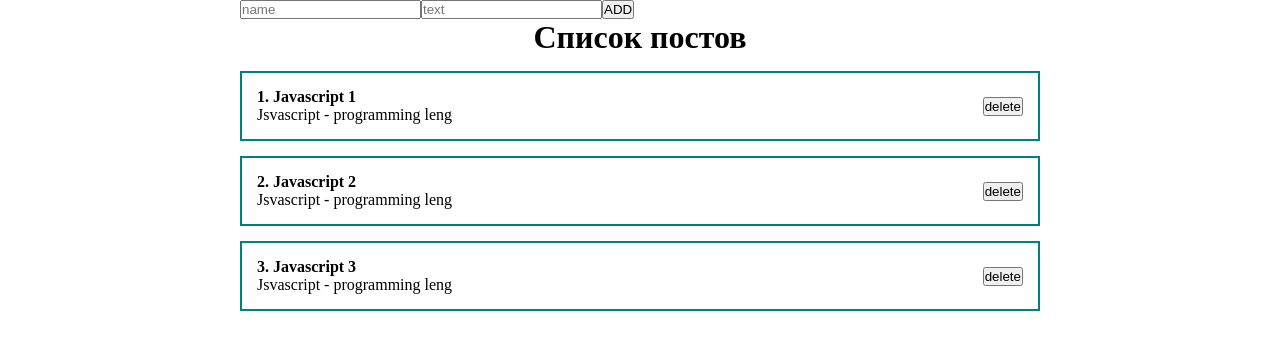
Repository: tsydikov/reactTodo
Page: /
The author's editor kept a copy of each file at every save. The page is drawn from the files as they stood at one save, then again after the next save.
The browser window is 1280 px wide. The pictures show the whole page.
The project was rebuilt for these pictures with package versions that can differ from the ones it lists, and the page was loaded fresh each time.

Above is the page before, as saved 2021-08-29 12:39:04.

### public/index.html
<!DOCTYPE html>
<html lang="en">
  <head>
    <meta name="viewport" content="width=device-width, initial-scale=1" />
    <title>React App</title>
  </head>
  <body>
    <noscript>You need to enable JavaScript to run this app.</noscript>
    <div id="root"></div>
  </body>
</html>

### src/App.js
import React, { useState } from 'react'

import PostList from './components/PostList'
import './styles/App.css'

function App() {
  const [posts, setPosts] = useState([
    { id: 1, title: 'Javascript 1', body: 'Jsvascript - programming leng' },
    { id: 2, title: 'Javascript 2', body: 'Jsvascript - programming leng' },
    { id: 3, title: 'Javascript 3', body: 'Jsvascript - programming leng' }
  ])
  return (
    <div className="App">
      <form>
        <input type="text" placeholder="name" />
        <input type="text" placeholder="text" />
        <button>ADD</button>
      </form>
      <PostList posts={posts} title="Список постов" />
    </div>
  );
}

export default App;

### src/components/PostList.jsx
import React from "react";
import PostItem from './PostItem'
const PostList = ({ posts, title }) => {
    return (
        <div>
            <h1 style={{ textAlign: 'center' }}>
                {title}
            </h1>
            {posts.map(post =>
                <PostItem post={post} key={post.id} />
            )}
        </div>
    )
}

export default PostList;

### src/components/PostItem.jsx
import React from "react";

const PostItem = (props) => {
    return (
        <div className="post">
            <div className="post__content">
                <strong>{props.post.id}. {props.post.title}</strong>
                <div>
                    {props.post.body}
                </div>
            </div>
            <div className="post__btn">
                <button outlined >delete</button>
            </div>
        </div>
    )
}

export default PostItem;

### src/UI/button/MyButton.jsx
import React from "react";
import classes from "./MyButton.module.css";

const MyButton = (props) => {
    return (
        <button className={classes.myBtn} >
        </button>
    )
}

export default MyButton;

Loaded but not shown: src/index.js (common file); src/styles/App.css (common file); src/UI/button/MyButton.module.css (common file)

After the next save:
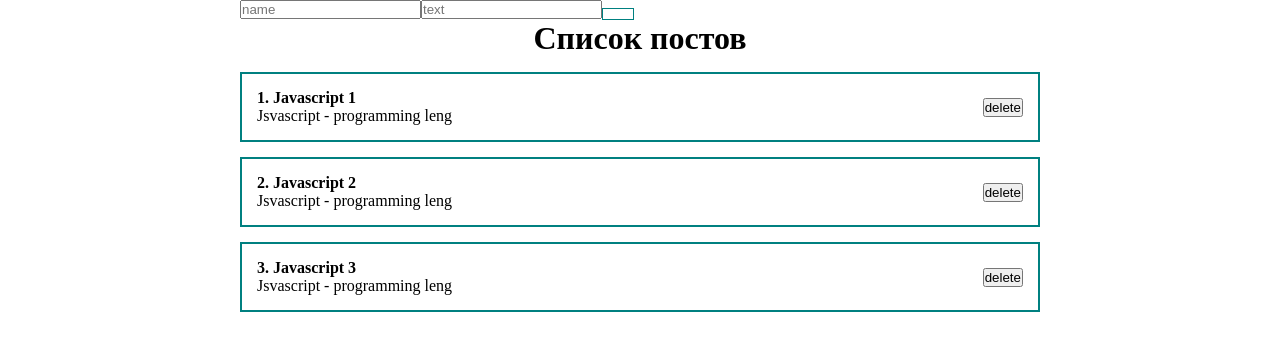
Saved 43 s later.
--- a/src/App.js
+++ b/src/App.js
@@ -2,6 +2,7 @@ import React, { useState } from 'react'
 
 import PostList from './components/PostList'
 import './styles/App.css'
+import MyButton from './UI/button/MyButton';
 
 function App() {
   const [posts, setPosts] = useState([
@@ -14,7 +15,7 @@ function App() {
       <form>
         <input type="text" placeholder="name" />
         <input type="text" placeholder="text" />
-        <button>ADD</button>
+        <MyButton>ADD</MyButton>
       </form>
       <PostList posts={posts} title="Список постов" />
     </div>
